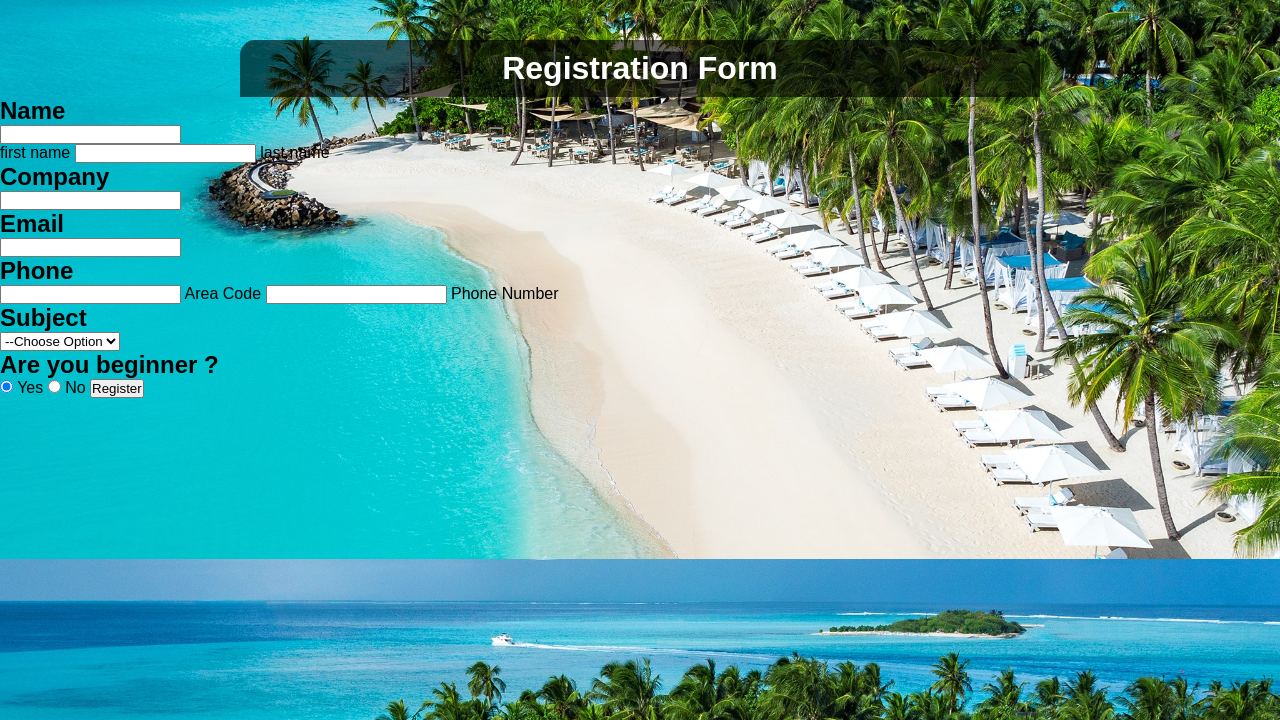
Repository: sudeepa88/Registration-Form
Page: registration.html
An editor plug-in stored every save of this project. The page is shown before and after the next save, followed by the edit.
The browser window is 1280 px wide. The pictures show the whole page.

Above is the page before, as saved 2022-01-11 22:51:47.

### registration.html
<!DOCTYPE html>
<html lang="en">
<head>
    <meta charset="UTF-8">
    <meta http-equiv="X-UA-Compatible" content="IE=edge">
    <meta name="viewport" content="width=device-width, initial-scale=1.0">
    <title>Document</title>
    <style type="text/css">
        *{
            margin:0;
            padding:0;
        }
       body{
           background-image: url(img/beach.jpeg);
           background-position: center;
           background-size: cover;
           font-family: sans-serif;
           margin-top: 40px;
       }
       .regform{
           width: 800px;
           background-color: rgb(0,0,0,0.6);
           margin:auto;
           color: #FFFFFF;
           padding: 10px 0px 10px 0px;
           text-align:  center;
           border-radius: 15px 15px 0px 0px;

       }
    </style>
</head>
<body>
    <div class="regform"><h1>Registration Form </h1></div>

    <div class="mane">
        <form>
             <div id="name">
                 <h2 class="name">Name</h2>
                 <input class ="firstname" type="rext" name="first_name"><br>
                 <label class="firstlabel">first name</label>
                 <input class="lastname" type="text" name="last_name">
                 <label class="lastlabel">last name</label>


             </div>
             <h2 class="name">Company</h2>
             <input class="company" type="text" name="company">

             <h2 class="name">Email</h2>
             <input class="email" type="text" name="email">

             <h2 class="name">Phone</h2>
             <input class="code" type="text" name="area_code">
             <label class="area-code">Area Code </label>
             <input class="number" type="text" name="phone">
             <label class="phone-number">Phone Number</label>

             <h2 class="name">Subject</h2>
             <select class="option" name="subject">
                 <option disabled="disabled" selected="selected">--Choose Option</option>

                 <option>Subject 1</option>
                 <option>Subject 2</option>
                 <option>Subject 3</option>
                 <option>Subject 4</option>
             </select>
             <h2 id="student">Are you beginner ? </h2>
             <label class="radio">
                 <input class="radio-one" type="radio" checked="checked" name="">
                 <span class="checkmark"></span>
                 Yes
             </label>


             <label class="radio">
                <input class="radio-two" type="radio"  name="">
                <span class="checkmark"></span>
                No
            </label>

            <button type="submit">Register</button>
        </form>
    </div>
</body>
</html>

After the next save:
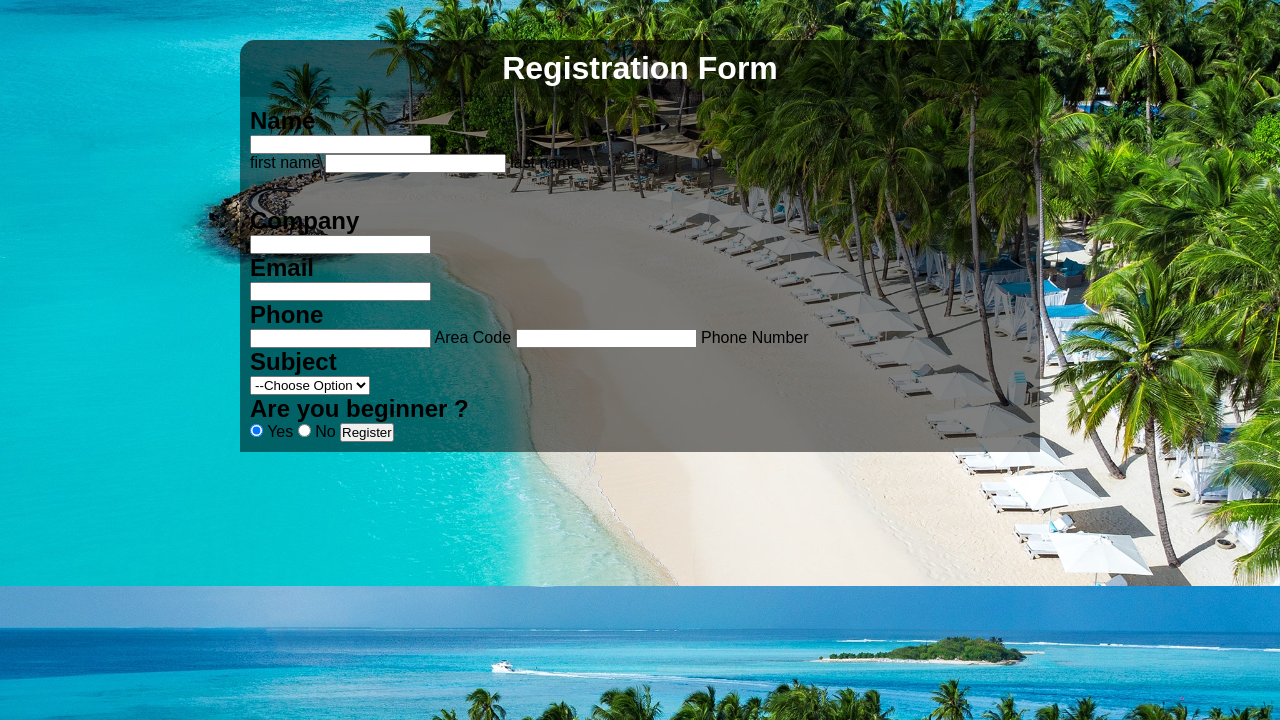
Saved 6 min 29 s later.
--- a/registration.html
+++ b/registration.html
@@ -27,12 +27,26 @@
            border-radius: 15px 15px 0px 0px;
 
        }
+    .main{
+        background-color: rgb(0,0,0,0.5);
+        width:800px;
+        margin: auto;
+
+    }
+    form{
+        padding:10px;
+
+    }
+   #name{
+       width: 100%;
+       height: 100px;
+   }
     </style>
 </head>
 <body>
     <div class="regform"><h1>Registration Form </h1></div>
 
-    <div class="mane">
+    <div class="main">
         <form>
              <div id="name">
                  <h2 class="name">Name</h2>
